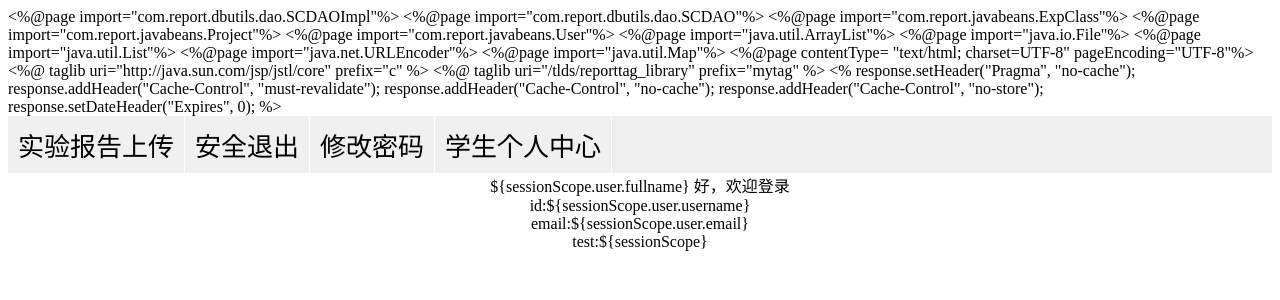
Repository: IAmJiangWenHao/ReportServer
Page: web/demo.html
These files come from the project's save history. The page is drawn as it stood at one moment and after the next save; the edit follows.
The browser window is 1280 px wide. The pictures show the whole page.

Above is the page before, as saved 2023-06-01 10:36:55.

After the next save:
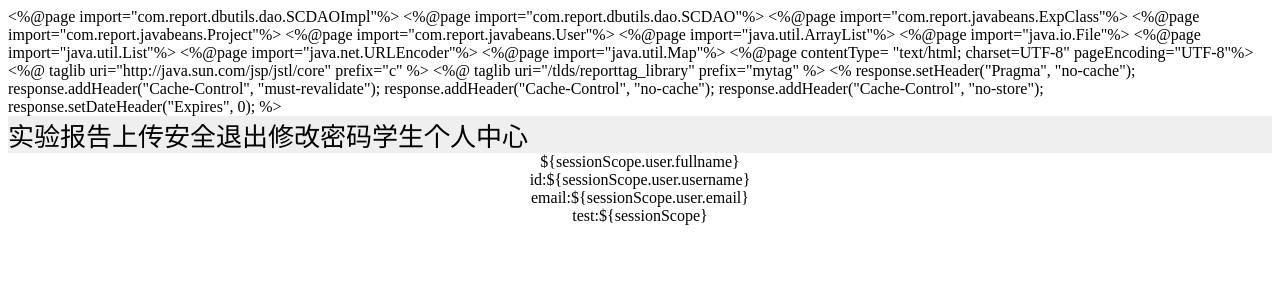
Saved 62 s later.
--- a/web/demo.html
+++ b/web/demo.html
@@ -30,53 +30,6 @@
     <title >学生个人中心 </title>
   </head>
   <body>
-    <style>
-            .topbar-item{
-        padding: 10px;
-        border-right: 1px solid white;
-        cursor:hand;
-        background-color: rgba(240, 240, 240, 1)
-      }
-      .topbar-item:hover{
-        background-color: gainsboro
-
-
-      }
-      #course1{
-        padding: 10px;
-        box-shadow: 0 0 2px 2px rgba(30, 30, 4, 0.1);
-      }
-      #course1:hover{
-        box-shadow: 0 0 2px 2px rgba(30, 30, 4, 0.3);
-      }
-      #course1 tbody tr {
-      display: flex;
-      border-radius: 20px;
-      width: auto;
-      height: auto;
-      padding: 10px;
-      font-size: 26px;
-      background-color: #fff;
-      position: relative;
-      justify-content: flex-start
-    }
-    #course1 tbody tr td a{
-      color: #000;
-      text-decoration:none;
-    }
-    #course1 tbody tr td a:hover{
-      box-shadow: 0 0 10px 5px rgba(30, 30, 4, 0.3);
-    }
-    #course1 tbody tr td input{
-      border: 0;
-      height: 100%;
-      background-color: #fff;
-    }
-    #course1 tbody tr td input:hover{
-      border: 0;
-      box-shadow: 0 0 10px 5px rgba(30, 30, 4, 0.3);
-    }
-    </style>
     <div style="display:flex;font-size: 26px;background-color: buttonface;">
       <a href="student.jsp" class="topbar-item" style="color: black;text-decoration:none;"> 实验报告上传</a>
       <div class="topbar-item"><a style="color: black;text-decoration:none;" href="exit.jsp">安全退出</a></div>
@@ -84,7 +37,8 @@
       <div class="topbar-item"><a style="color: black;text-decoration:none;" href="message.jsp">学生个人中心</a></div>
     </div>
     <div style="display: flex; flex-direction:column;align-items: center;">
-      <div >${sessionScope.user.fullname} 好，欢迎登录</div>
+
+      <div >${sessionScope.user.fullname}</div>
       <div>id:${sessionScope.user.username}</div>
       <div>email:${sessionScope.user.email}</div>
       <div>test:${sessionScope}</div>
